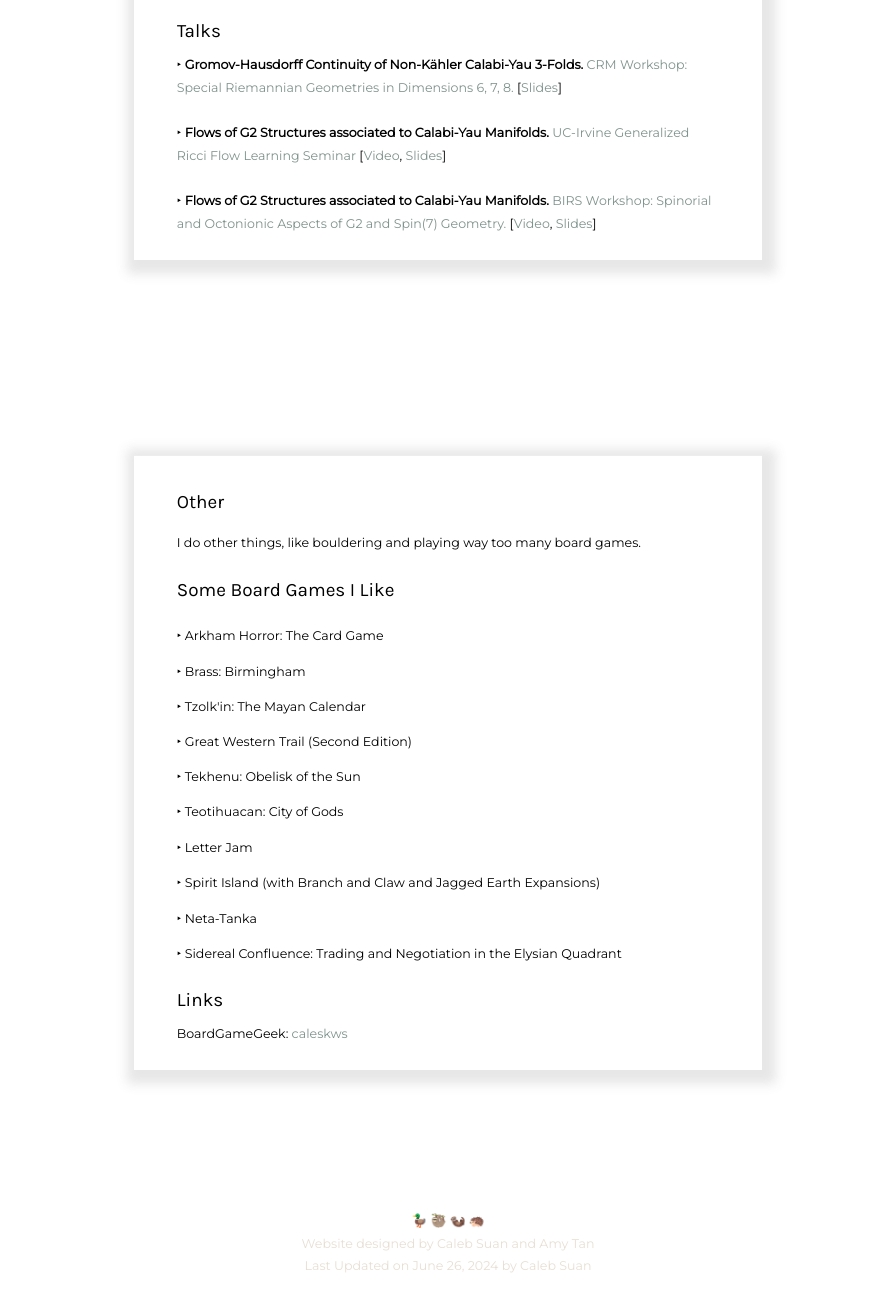
Repository: calebsuan/calebsuan.github.io
Page: index.html
The author's editor kept a copy of each file at every save. The page is drawn from the files as they stood at one save, then again after the next save.
The browser window is 1280 px wide. The pictures show the part of the page from y = 2273 to 4193 px (the page is 4128 px tall before and 4193 px after), at 70% of full size.

Above is the page before, as saved 2024-06-30 02:26:52.

After the next save:
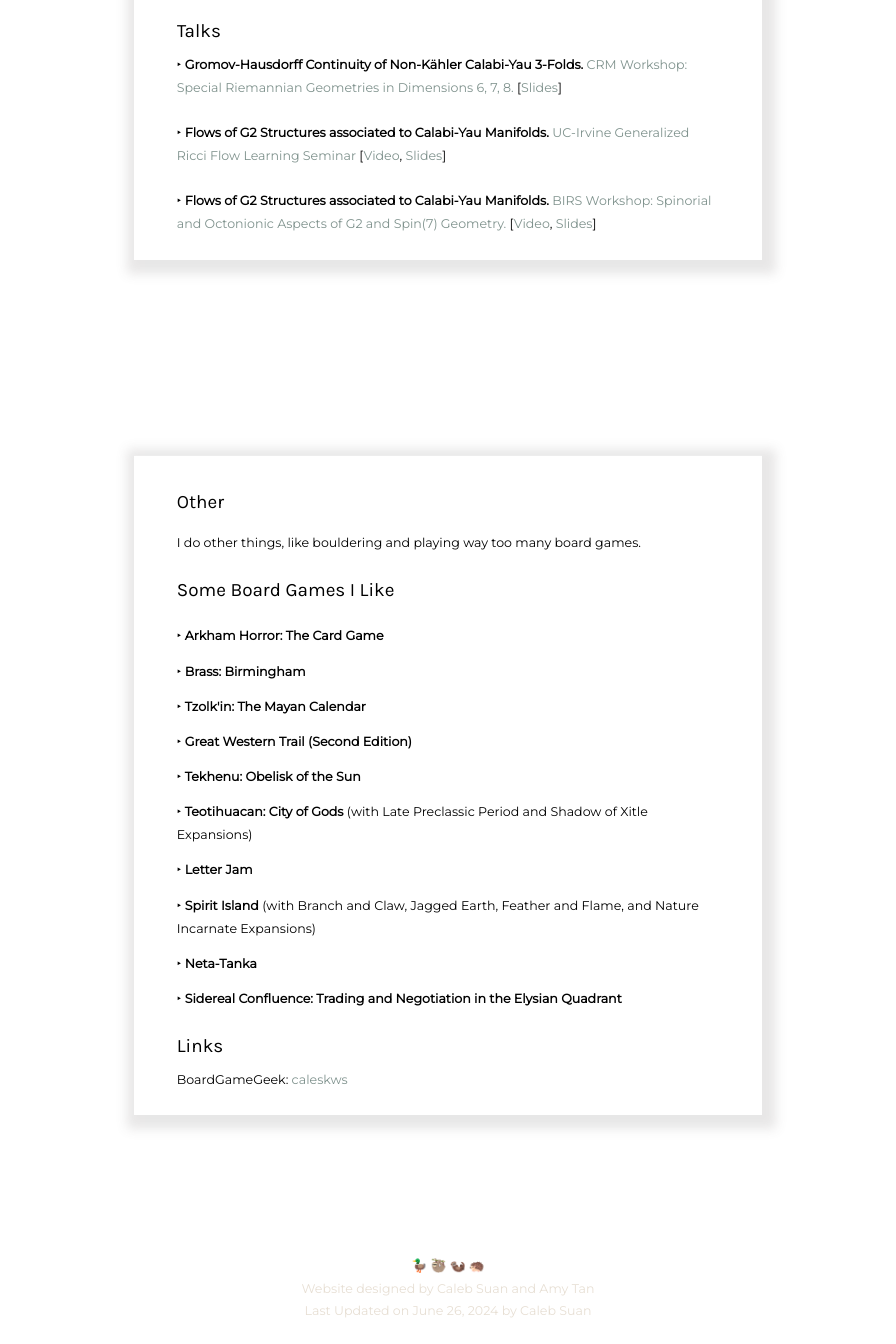
Saved 2 min 58 s later.
--- a/index.html
+++ b/index.html
@@ -368,61 +368,61 @@
 
                             <p>
 
-                                &#8227; Arkham Horror: The Card Game
-
-                            </p>
-
-                            <p>
-
-                                &#8227; Brass: Birmingham
-
-                            </p>
-
-                            <p>
-
-                                &#8227; Tzolk'in: The Mayan Calendar
-
-                            </p>
-
-                            <p>
-
-                                &#8227; Great Western Trail (Second Edition)
-
-                            </p>
-
-                            <p>
-
-                                &#8227; Tekhenu: Obelisk of the Sun
-
-                            </p>
-
-                            <p>
-
-                                &#8227; Teotihuacan: City of Gods
-
-                            </p>
-
-                            <p>
-
-                                &#8227; Letter Jam
-
-                            </p>
-
-                            <p>
-
-                                &#8227; Spirit Island (with Branch and Claw and Jagged Earth Expansions)
-
-                            </p>
-
-                            <p>
-
-                                &#8227; Neta-Tanka
-
-                            </p>
-
-                            <p>
-
-                                &#8227; Sidereal Confluence: Trading and Negotiation in the Elysian Quadrant
+                                &#8227; <b>Arkham Horror: The Card Game</b>
+
+                            </p>
+
+                            <p>
+
+                                &#8227; <b>Brass: Birmingham</b>
+
+                            </p>
+
+                            <p>
+
+                                &#8227; <b>Tzolk'in: The Mayan Calendar</b>
+
+                            </p>
+
+                            <p>
+
+                                &#8227; <b>Great Western Trail (Second Edition)</b>
+
+                            </p>
+
+                            <p>
+
+                                &#8227; <b>Tekhenu: Obelisk of the Sun</b>
+
+                            </p>
+
+                            <p>
+
+                                &#8227; <b>Teotihuacan: City of Gods</b> (with Late Preclassic Period and Shadow of Xitle Expansions)
+
+                            </p>
+
+                            <p>
+
+                                &#8227; <b>Letter Jam</b>
+
+                            </p>
+
+                            <p>
+
+                                &#8227; <b>Spirit Island</b> (with Branch and Claw, Jagged Earth, Feather and Flame, and Nature Incarnate Expansions)
+
+                            </p>
+
+                            <p>
+
+                                &#8227; <b>Neta-Tanka</b>
+
+                            </p>
+
+                            <p>
+
+                                &#8227; <b>Sidereal Confluence: Trading and Negotiation in the Elysian Quadrant</b>
 
                             </p>
 
